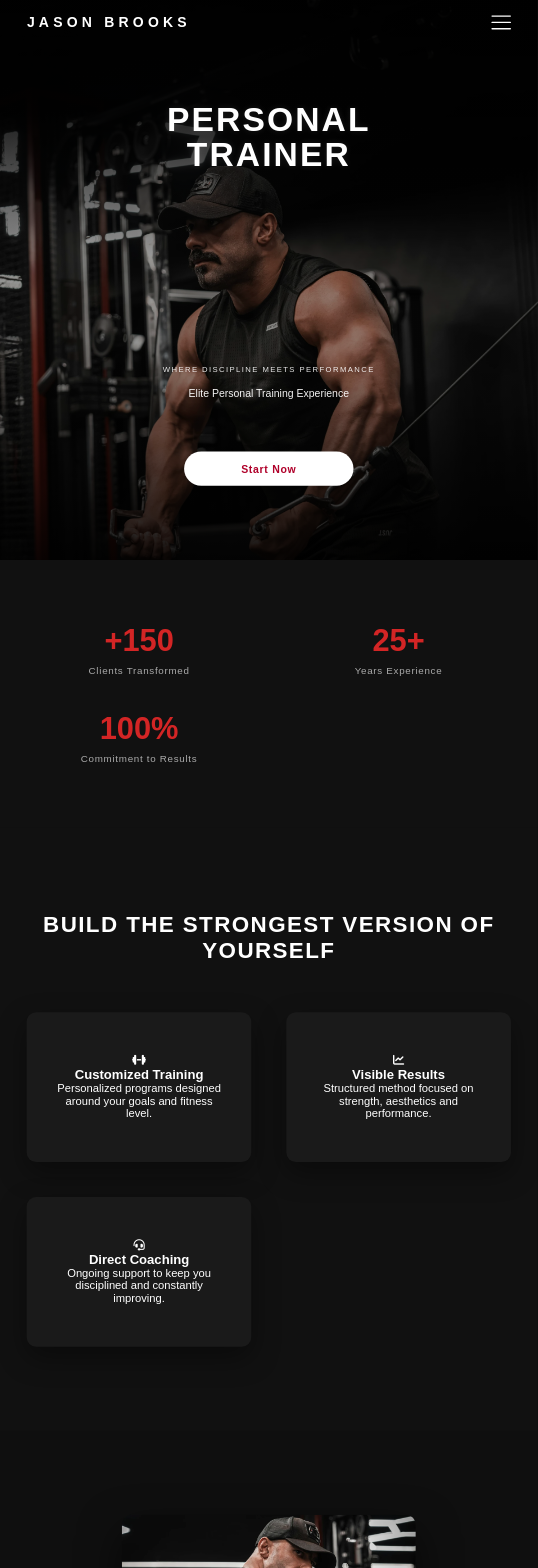
Repository: davidfsillva/Jason-Brooks
Page: index.html
An editor plug-in stored every save of this project. The page is shown before and after a run of saves, followed by the edit.
The browser window is 768 px wide. The pictures show the part of the page from y = 0 to 2240 px (the page is 3943 px tall), at 70% of full size.
Some web fonts or font styles are not loaded; a fallback is used.

Above is the page before, as saved 2026-02-21 17:54:21.

After the next 2 saves:
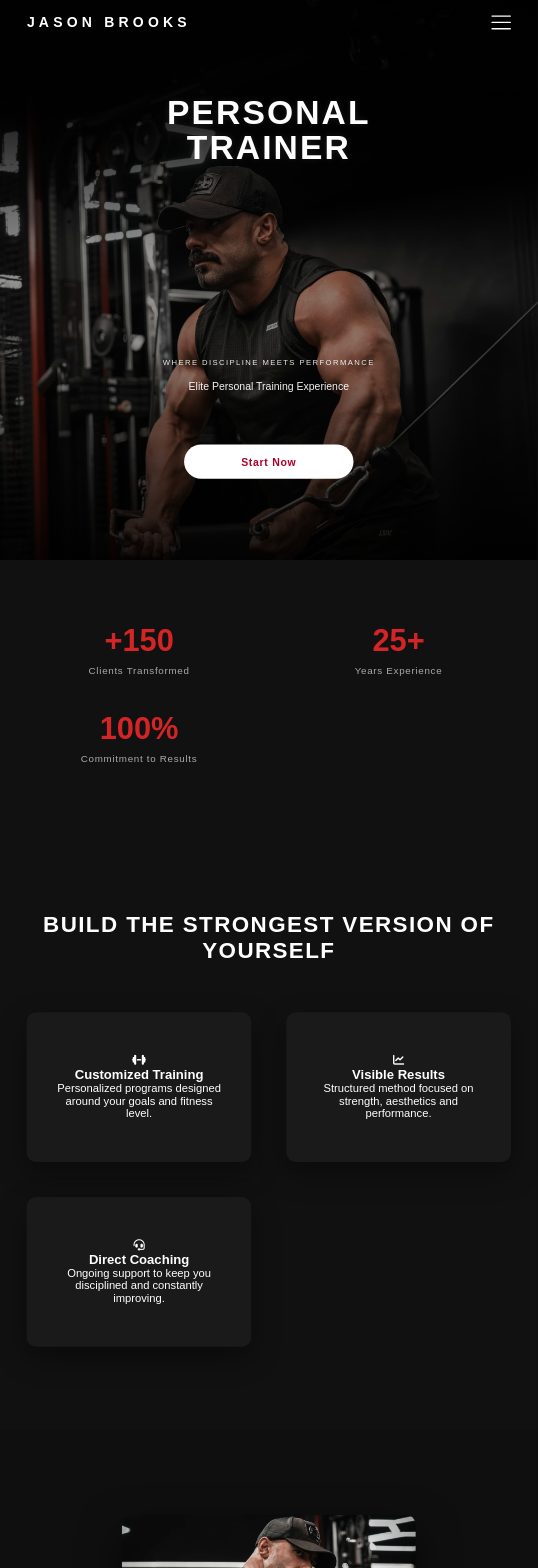
The 2 saves are shown as one change because they came seconds apart.
The last was saved 11 s later.
--- a/style.css
+++ b/style.css
@@ -605,7 +605,7 @@ section {
         font-size: 48px;
         line-height: 1.05;
         letter-spacing: 3px;
-        margin-top: 40px;
+        margin-top: 20px;
         text-shadow: 0 5px 20px rgba(0,0,0,0.6);
         text-align: center;
     }
